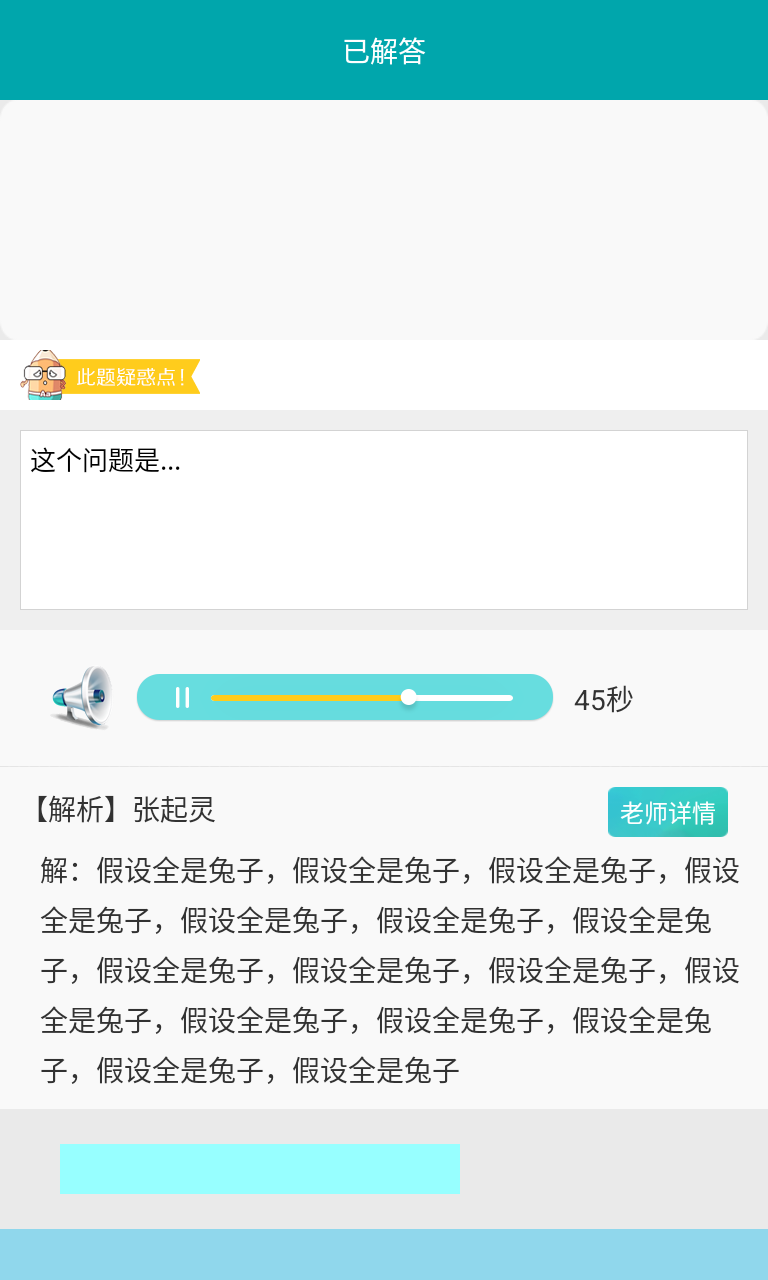
Repository: 2015-Forever/JWD
Layout: Jwd/res/layout/activity_answer.xml
These files come from the project's save history. The layout is drawn as it stood at one moment and after the next save; the edit follows.
It is drawn on a 768 x 1280 px phone screen (xhdpi) without system bars, with theme AppTheme; the app's code is not run. Lists and similar views that code fills are empty.

Above is the layout before, as saved 2015-07-16 06:37:29.

### Jwd/res/layout/activity_answer.xml
<?xml version="1.0" encoding="utf-8"?>
<ScrollView xmlns:android="http://schemas.android.com/apk/res/android"
    android:layout_width="match_parent"
    android:layout_height="match_parent"
    android:scrollbars="none" >

    <LinearLayout
        android:layout_width="match_parent"
        android:layout_height="wrap_content"
        android:background="#EAEAEA"
        android:orientation="vertical" >

        <LinearLayout
            android:layout_width="match_parent"
            android:layout_height="50dp"
            android:background="#00a6ac"
            android:gravity="center" >

            <TextView
                android:layout_width="wrap_content"
                android:layout_height="wrap_content"
                android:text="已解答"
                android:textColor="#ffffff" />
        </LinearLayout>

        <ImageView
            android:layout_width="match_parent"
            android:layout_height="120dp"
            android:background="@drawable/topic_picture" />

        <LinearLayout
            android:layout_width="match_parent"
            android:layout_height="35dp"
            android:background="#FFFFFF"
            android:gravity="center_vertical" >

            <ImageView
                android:layout_width="90dp"
                android:layout_height="25dp"
                android:layout_marginLeft="10dp"
                android:background="@drawable/navigation_icon_two" />
        </LinearLayout>

        <LinearLayout
            android:layout_width="match_parent"
            android:layout_height="110dp"
            android:background="#EFEFEF"
            android:gravity="center_vertical"
            android:padding="10dp" >

            <EditText
                android:layout_width="fill_parent"
                android:layout_height="match_parent"
                android:background="@drawable/edittext_bg"
                android:enabled="true"
                android:gravity="top"
                android:inputType="textMultiLine"
                android:lineSpacingExtra="5dp"
                android:paddingLeft="5dp"
                android:paddingTop="5dp"
                android:scrollbars="vertical"
                android:text="这个问题是..."
                android:textSize="13sp" >
            </EditText>
        </LinearLayout>

        <LinearLayout
            android:layout_width="match_parent"
            android:layout_height="68dp"
            android:background="#F9F9F9"
            android:gravity="center_vertical"
            android:orientation="horizontal" >

            <ImageView
                android:layout_width="wrap_content"
                android:layout_height="wrap_content"
                android:layout_marginLeft="25dp"
                android:layout_marginRight="10dp"
                android:background="@drawable/sound_icon" />

            <ImageView
                android:layout_width="wrap_content"
                android:layout_height="wrap_content"
                android:background="@drawable/sound_icon_one" />

            <TextView
                android:layout_marginLeft="10dp"
                android:layout_width="wrap_content"
                android:layout_height="wrap_content"
                android:text="45秒" />
        </LinearLayout>

        <View
            android:layout_width="match_parent"
            android:layout_height="wrap_content"
            android:background="@drawable/lin_one" />

        <RelativeLayout
            android:layout_width="match_parent"
            android:layout_height="wrap_content"
            android:background="#F9F9F9"
            android:padding="10dp" >

            <TextView
                android:id="@+id/teachername_tv"
                android:layout_width="wrap_content"
                android:layout_height="wrap_content"
                android:text="【解析】张起灵" />

            <Button
                android:layout_width="60dp"
                android:layout_height="25dp"
                android:layout_alignParentRight="true"
                android:layout_marginRight="10dp"
                android:background="@drawable/teacher_details_button"
                android:text="老师详情"
                android:textColor="#fff"
                android:textSize="12sp" />

            <TextView
                android:layout_width="match_parent"
                android:layout_height="wrap_content"
                android:layout_below="@id/teachername_tv"
                android:layout_marginLeft="10dp"
                android:layout_marginTop="10dp"
                android:lineSpacingExtra="5dp"
                android:singleLine="false"
                android:text="解：假设全是兔子，假设全是兔子，假设全是兔子，假设全是兔子，假设全是兔子，假设全是兔子，假设全是兔子，假设全是兔子，假设全是兔子，假设全是兔子，假设全是兔子，假设全是兔子，假设全是兔子，假设全是兔子，假设全是兔子，假设全是兔子" />
        </RelativeLayout>

        <LinearLayout
            android:layout_width="match_parent"
            android:layout_height="60dp"
            android:gravity="center_vertical"
            android:orientation="vertical" >

            <ImageView
                android:layout_width="200dp"
                android:layout_height="25dp"
                android:layout_marginLeft="30dp"
                android:background="#97FFFF" />
        </LinearLayout>

        <ImageView
            android:layout_width="match_parent"
            android:layout_height="120dp"
            android:background="#90d7ec" />

        <ImageView
            android:layout_width="match_parent"
            android:layout_height="220dp"
            android:background="#667B99" />

        <LinearLayout
            android:layout_width="match_parent"
            android:layout_height="40dp"
            android:background="#fff"
            android:gravity="center_vertical"
            android:paddingLeft="20dp" >

            <TextView
                android:layout_width="wrap_content"
                android:layout_height="wrap_content"
                android:text="相关解答" />
        </LinearLayout>

        <View
            android:layout_width="match_parent"
            android:layout_height="0.5dp"
            android:background="#C4C4C4" />

        <ListView
            android:layout_width="match_parent"
            android:layout_height="200dp" >
        </ListView>

        <LinearLayout
            android:layout_width="match_parent"
            android:layout_height="40dp"
            android:background="#fff"
            android:gravity="center_vertical"
            android:paddingLeft="20dp" >

            <TextView
                android:layout_width="wrap_content"
                android:layout_height="wrap_content"
                android:text="评论" />
        </LinearLayout>
    </LinearLayout>

</ScrollView>

### Jwd/res/drawable/edittext_bg.xml
<?xml version="1.0" encoding="utf-8"?>
<selector xmlns:android="http://schemas.android.com/apk/res/android" >

    <item >
        <shape >
            <solid android:color="#FFFFFF"/>
            <stroke android:width="0.5dip" android:color="#D3D3D3"/>
        </shape>
    </item>

</selector>

Loaded but not shown: Jwd/res/values/styles.xml (common file); Jwd/res/values-v11/styles.xml (common file); Jwd/res/values-v14/styles.xml (common file)

After the next save:
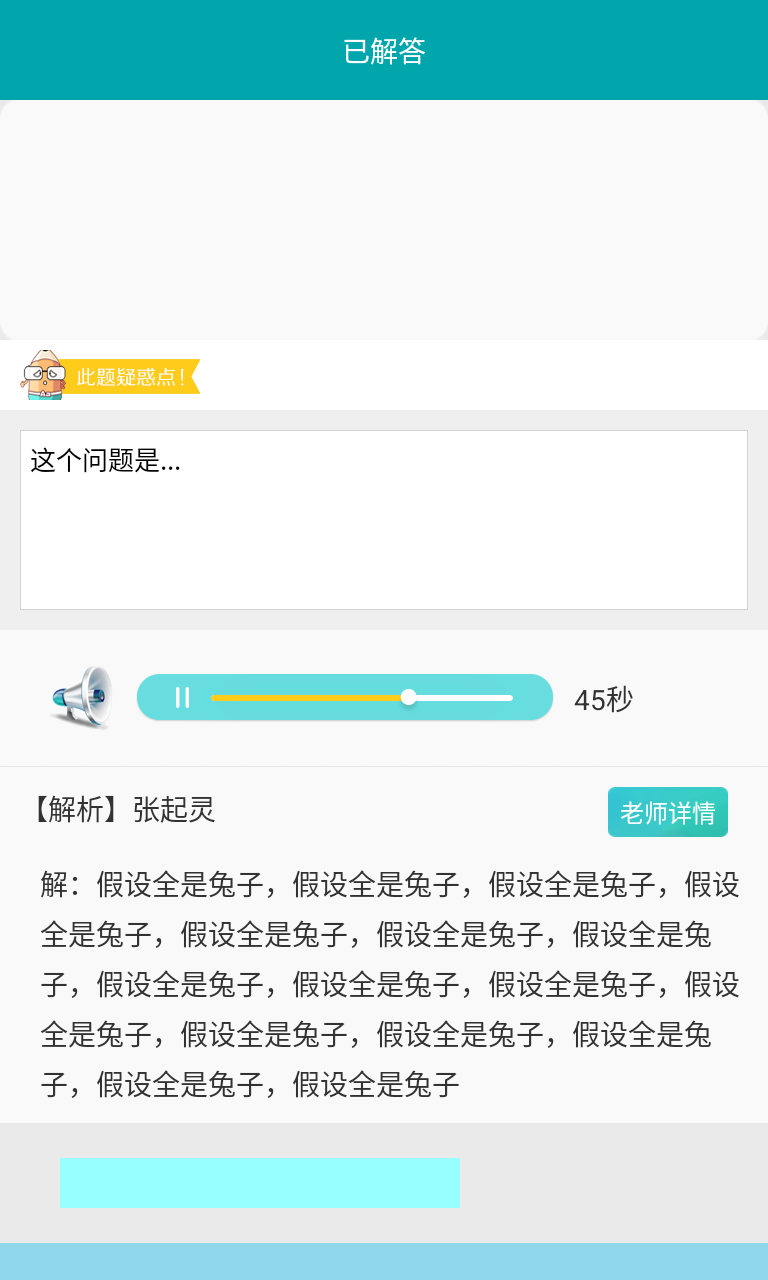
Saved 50 s later.
--- a/Jwd/res/layout/activity_answer.xml
+++ b/Jwd/res/layout/activity_answer.xml
@@ -122,7 +122,7 @@
                 android:layout_height="wrap_content"
                 android:layout_below="@id/teachername_tv"
                 android:layout_marginLeft="10dp"
-                android:layout_marginTop="10dp"
+                android:layout_marginTop="17dp"
                 android:lineSpacingExtra="5dp"
                 android:singleLine="false"
                 android:text="解：假设全是兔子，假设全是兔子，假设全是兔子，假设全是兔子，假设全是兔子，假设全是兔子，假设全是兔子，假设全是兔子，假设全是兔子，假设全是兔子，假设全是兔子，假设全是兔子，假设全是兔子，假设全是兔子，假设全是兔子，假设全是兔子" />
